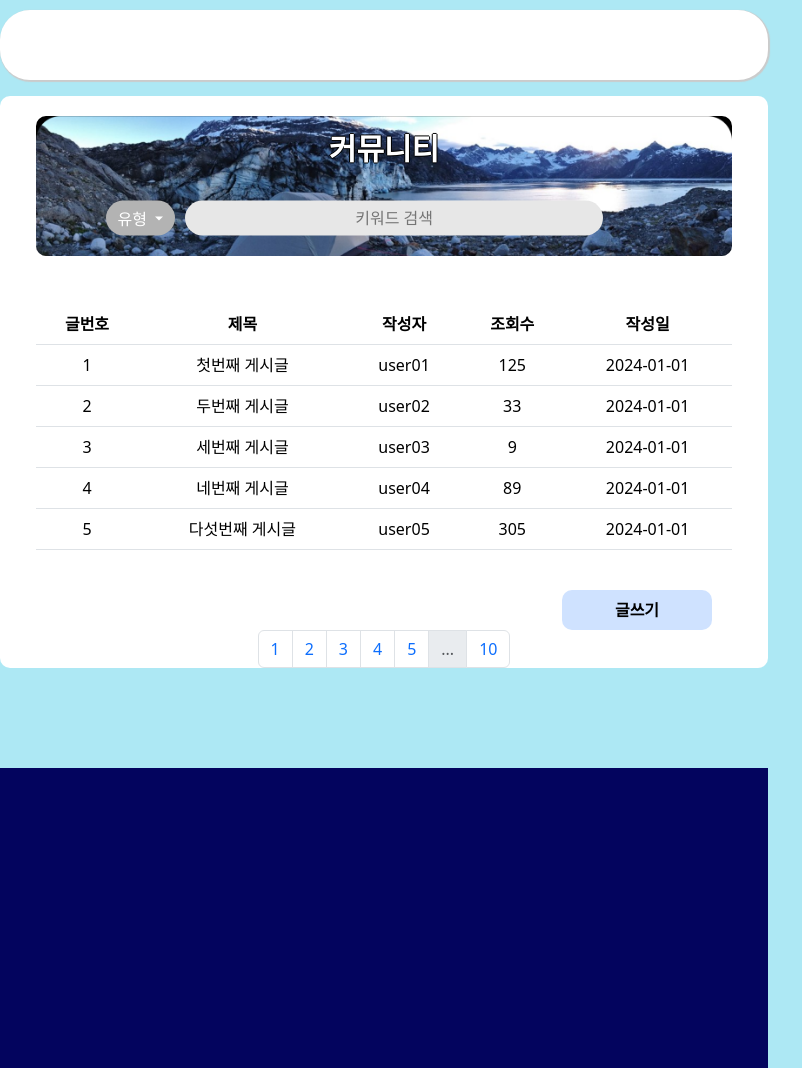
Repository: KimMJ0964/jsp
Page: http://localhost/Trafi/views/community/communityMain.jsp
An editor plug-in stored every save of this project. The page is shown before and after the next save, followed by the edit.
The browser window is 768 px wide. The page is 802 px wide, so the pictures cover 802 px, including what lies to the right of the window. The pictures show the whole page.
The page is served by Tomcat 9.

Above is the page before, as saved 2024-09-19 08:10:47.

After the next save:
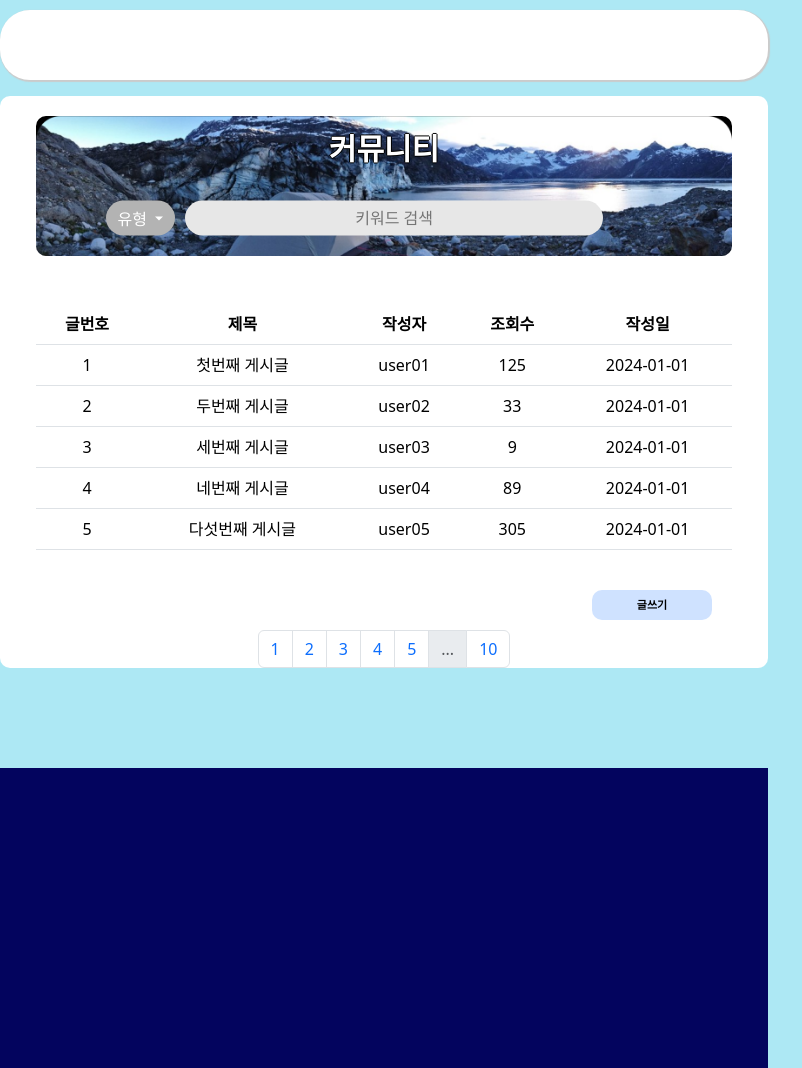
Saved 75 s later.
--- a/Trafi/src/main/webapp/views/community/communityMain.jsp
+++ b/Trafi/src/main/webapp/views/community/communityMain.jsp
@@ -203,6 +203,19 @@
                 width: 400px;
                 border-radius: 20px;
             }
+
+            #createBoardBtn {
+	        	width: 120px;
+	        	border-style: none;
+	        	background-color: #CFE2FF;
+	        	border-radius: 10px;
+	        	font-weight: bold;
+	        	height: 30px;
+	        	left: 0px;
+	        	float: right;
+	        	margin-right: 20px;
+	        	font-size: 11px;
+	        }
         }
 
         /* 모바일 화면 (최대 480px 이하) */
